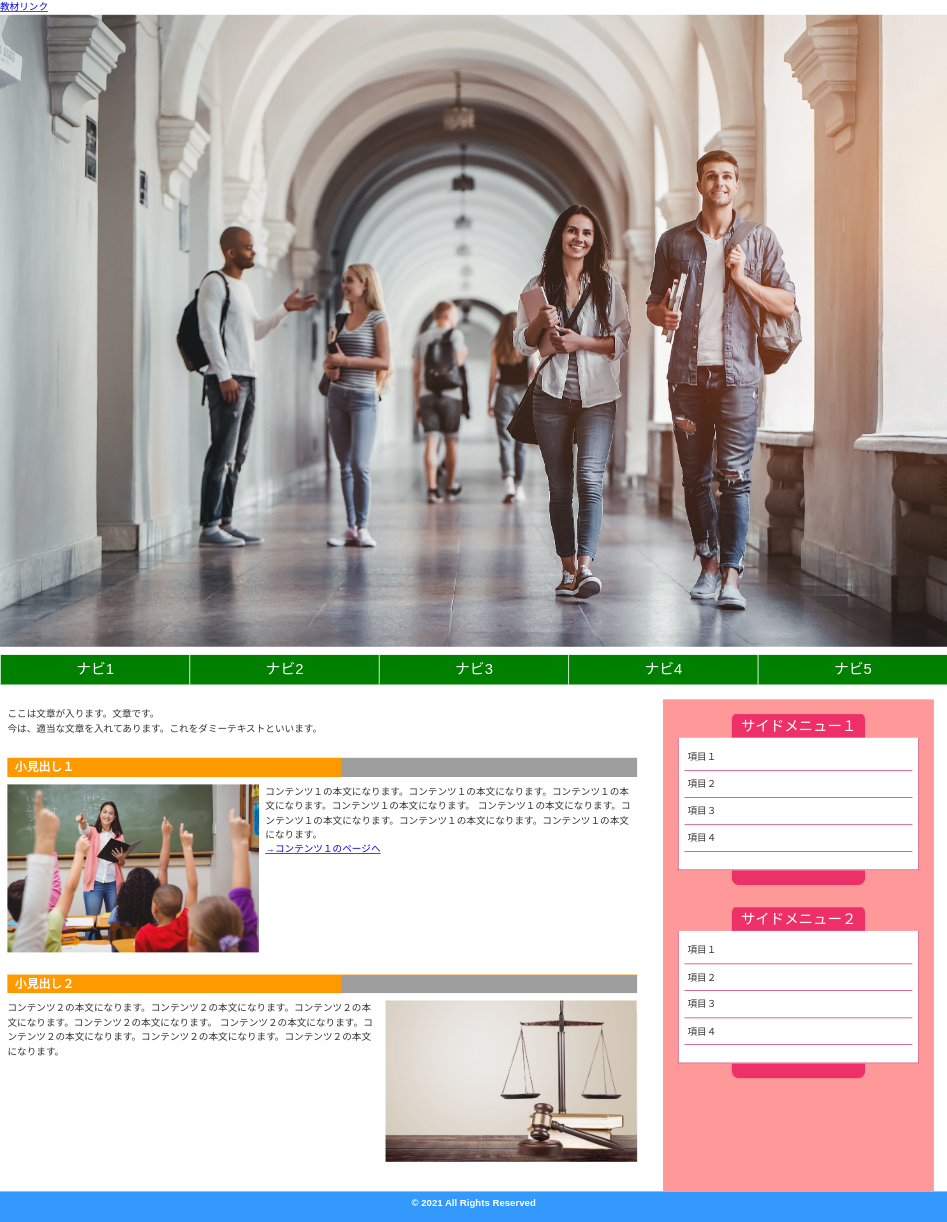
Repository: fukkatsuno-neda/samurai_HTML-CSS
Page: 侍教材/home.html
The author's editor kept a record of every edit. The page is drawn from the files as they stood at one moment, then again after the next edit.
The browser window is 1280 px wide. The pictures show the whole page, at 74% of full size.
Pictures or frames that could not be fetched are drawn as grey boxes.

Above is the page before.

After the next edit:
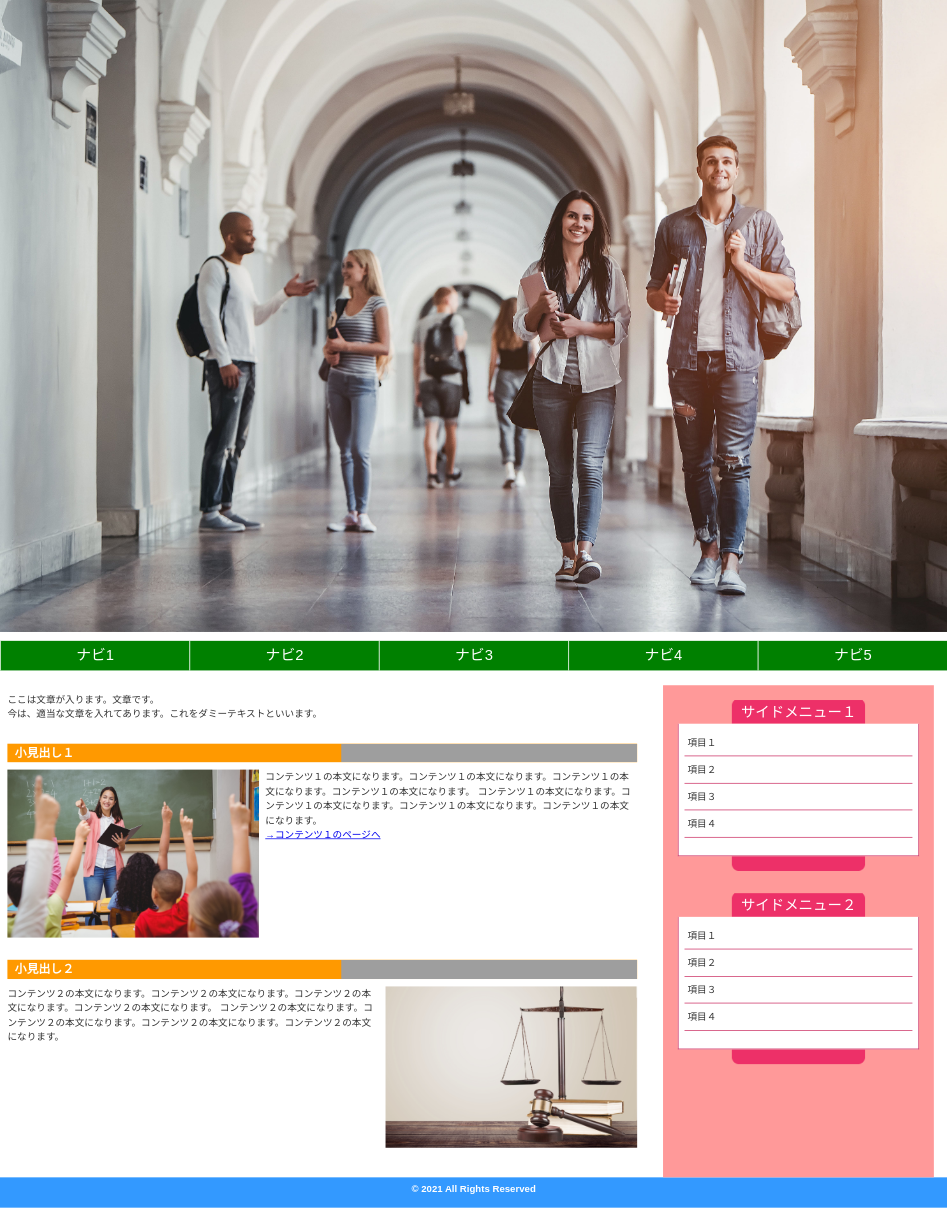
The edit:
--- a/侍教材/home.html
+++ b/侍教材/home.html
@@ -4,7 +4,6 @@
        <meta charset="utf-8">
        <title>HTML/CSSの学習</title>
        <link rel="stylesheet" href="stylesheet.css">
-       <a href="https://www.sejuku.net/plus/programs/4/chapters/38">教材リンク</a>
    </head>
    <body>
        <div id="header">
